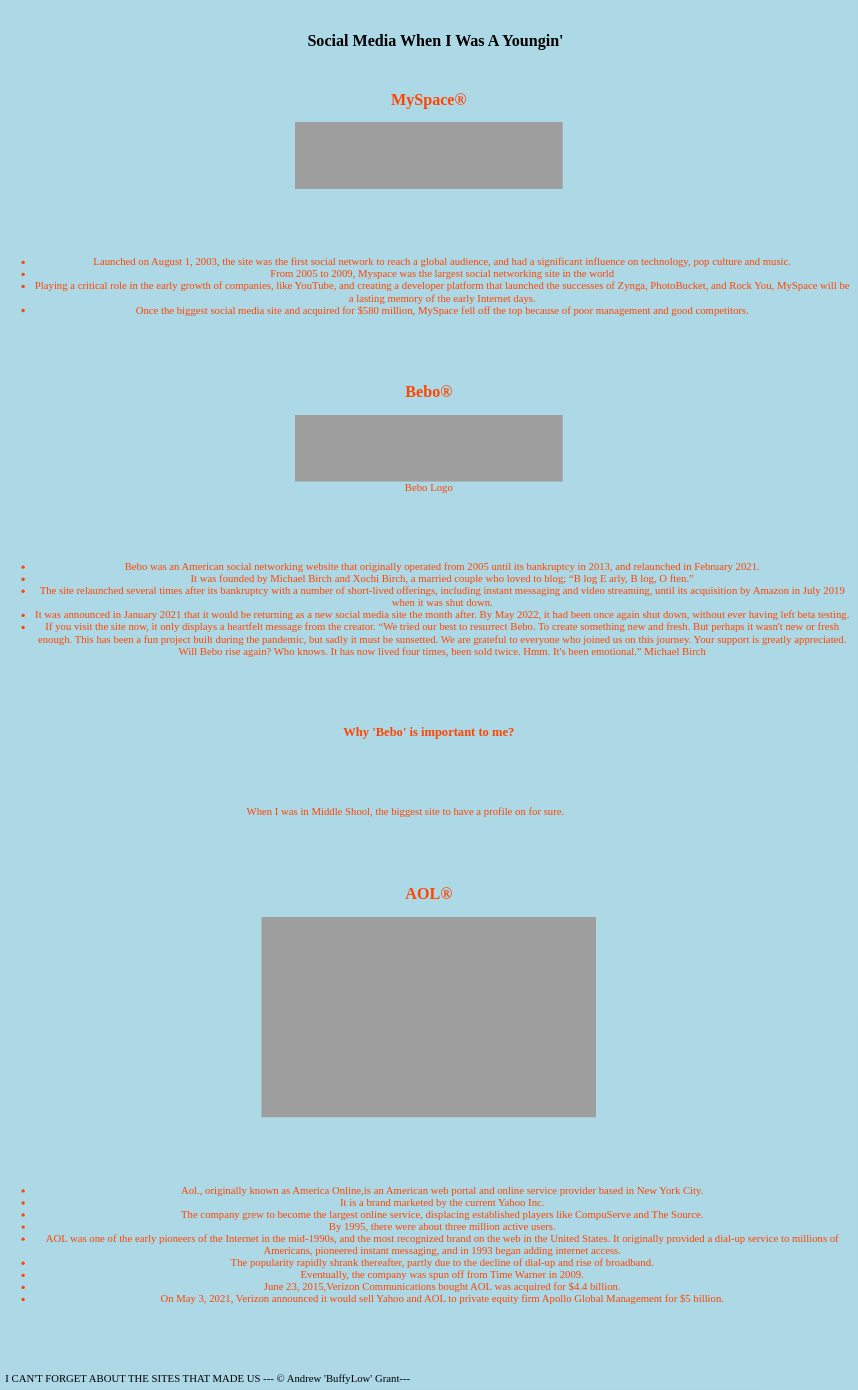
Repository: AndrewGrantt/LC101
Page: LC101/js-assignment-4-html-me-something-buffylow/index.html
An editor plug-in stored every save of this project. The page is shown before and after the next save, followed by the edit.
The browser window is 1280 px wide. The pictures show the whole page, at 67% of full size.
Pictures or frames that could not be fetched are drawn as grey boxes.

Above is the page before, as saved 2022-07-15 06:22:14.

### LC101/js-assignment-4-html-me-something-buffylow/index.html
<html>
<head>
<title>SOCIAL NETWORKS FOR THE AGES</title>
<link rel="stylesheet" href="styles.css">
</head>
<body>

<article class="all-sites">
   <h1 id="myHeader">Social Media When I Was A Youngin'</h1>
  <article class="sites">

    <h2>MySpace&reg;</h2>
    <img src="/images/MySpace_logo.jpg" alt="MySpace Logo 2004-2010" width="400" height="100">
    <p>
     <ul>
      <li>Launched on August 1, 2003, the site was the first social network to reach a global audience, and had a significant influence on technology, pop culture and music.</li>

      <li>From 2005 to 2009, Myspace was the largest social networking site in the world</li>

      <li>Playing a critical role in the early growth of companies, like YouTube, and creating a developer platform that launched the successes of Zynga, PhotoBucket, and Rock You, MySpace will be a lasting memory of the early Internet days. </li>

      <li> Once the biggest social media site and acquired for $580 million, MySpace fell off the top because of poor management and good competitors. </li>
     </ul>
   </p>

  </article>

  <article class="sites">
    <h2>Bebo&reg;</h2>
    <figure>
      <img src="/images/bebo.jpg" alt="Bebo Logo" width="400" height="100">
      <figcaption>Bebo Logo</a></figcaption>
   </figure>
    <p>
    <ul>
      <li>Bebo was an American social networking website that originally operated from 2005 until its bankruptcy in 2013, and relaunched in February 2021.</li>
          <li>It was founded by Michael Birch and Xochi Birch, a married couple who loved to blog;
          “B log E arly, B log, O ften.” </li>
      <li>The site relaunched several times after its bankruptcy with a number of short-lived offerings, including instant messaging and video streaming, until its acquisition by Amazon in July 2019 when it was shut down. </li>
      <li>It was announced in January 2021 that it would be returning as a new social media site the month after. By May 2022, it had been once again shut down, without ever having left beta testing. </li>
     <li> If you visit the site now, it only displays a heartfelt message from the creator.


      “We tried our best to resurrect Bebo.
      To create something new and fresh.
      But perhaps it wasn't new or fresh enough.
      This has been a fun project built during the pandemic, but sadly it must be sunsetted. We are grateful to everyone who joined us on this journey. Your support is greatly appreciated.
      Will Bebo rise again?
      Who knows. It has now lived four times, been sold twice. Hmm.
      It's been emotional.”

      Michael Birch</li>
   </ul>
   </p>
      <h3> Why 'Bebo' is important to me?</h3>
      <p>
         When I was in Middle Shool, the biggest site to have a profile on for sure.
      </p>
  </article>
  <article class="sites">
    <h2>AOL&reg;</h2>
    <img src="/images/AOL.jpg" alt="AOL Logo" width="500" height="300">
    <p>
      <ul>
      <li>Aol., originally known as America Online,is an American web portal and online service provider based in New York City.</li>
      <li>It is a brand marketed by the current Yahoo Inc.</li>
      <li>The company grew to become the largest online service, displacing established players like CompuServe and The Source. </li>
      <li>By 1995, there were about three million active users.</li>
      <li>AOL was one of the early pioneers of the Internet in the mid-1990s, and the most recognized brand on the web in the United States. It originally provided a dial-up service to millions of Americans, pioneered instant messaging, and in 1993 began adding internet access.</li>
       <li>The popularity rapidly shrank thereafter, partly due to the decline of dial-up and rise of broadband.</li>
      <li>Eventually, the company was spun off from Time Warner in 2009.</li>
      <li>June 23, 2015,Verizon Communications bought AOL was acquired for $4.4 billion.</li>
      <li>On May 3, 2021, Verizon announced it would sell Yahoo and AOL to private equity firm Apollo Global Management for $5 billion.</li>
      </ul>
      </p>
  </article>
</article>
<footer>
   I CAN'T FORGET ABOUT THE SITES THAT MADE US

  --- &copy; Andrew 'BuffyLow' Grant---
</footer>
</body>
</html>

### LC101/js-assignment-4-html-me-something-buffylow/styles.css

body {
    background-color: lightblue;
  }

  h1 {
    color: navy;
    margin-left: 20px;
  }

    .sites {
    color: orangered;
    text-align: center;
  }
  p {
    margin-top: 100px;
    margin-bottom: 100px;
    margin-right: 150px;
    margin-left: 80px;

  }
  #myHeader {
    background-color: lightblue;
    color: black;
    padding: 40px;
    text-align: center;}

After the next save:
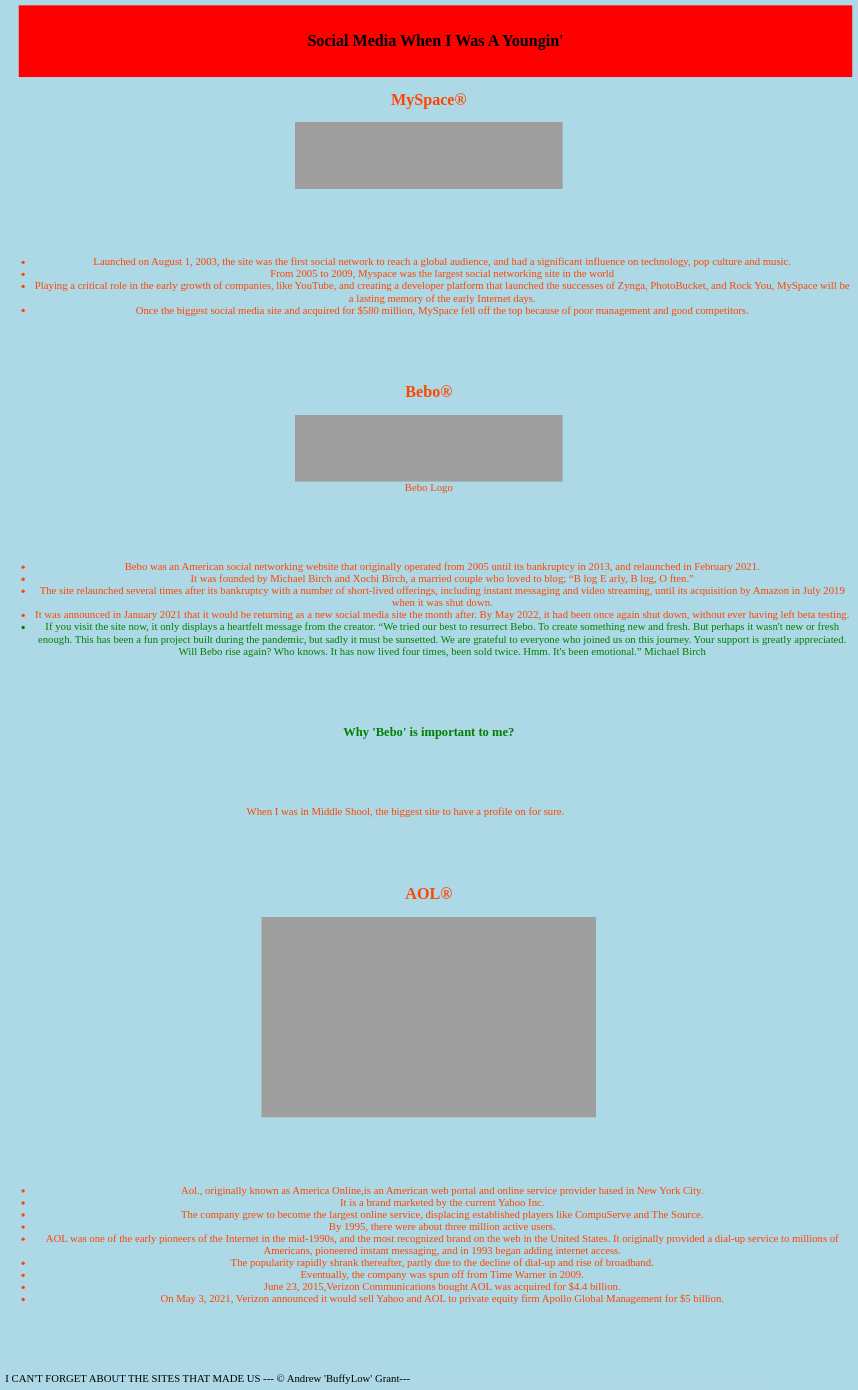
Saved 5 min 56 s later.
--- a/LC101/js-assignment-4-html-me-something-buffylow/index.html
+++ b/LC101/js-assignment-4-html-me-something-buffylow/index.html
@@ -38,7 +38,7 @@
           “B log E arly, B log, O ften.” </li>
       <li>The site relaunched several times after its bankruptcy with a number of short-lived offerings, including instant messaging and video streaming, until its acquisition by Amazon in July 2019 when it was shut down. </li>
       <li>It was announced in January 2021 that it would be returning as a new social media site the month after. By May 2022, it had been once again shut down, without ever having left beta testing. </li>
-     <li> If you visit the site now, it only displays a heartfelt message from the creator.
+     <li id="testP"> If you visit the site now, it only displays a heartfelt message from the creator.
 
 
       “We tried our best to resurrect Bebo.
@@ -52,7 +52,7 @@
       Michael Birch</li>
    </ul>
    </p>
-      <h3> Why 'Bebo' is important to me?</h3>
+      <h3 id="testP"> Why 'Bebo' is important to me?</h3>
       <p>
          When I was in Middle Shool, the biggest site to have a profile on for sure.
       </p>
--- a/LC101/js-assignment-4-html-me-something-buffylow/styles.css
+++ b/LC101/js-assignment-4-html-me-something-buffylow/styles.css
@@ -20,7 +20,12 @@
 
   }
   #myHeader {
-    background-color: lightblue;
+    background-color: red;
     color: black;
     padding: 40px;
     text-align: center;}
+
+    #testP{
+        color:green;
+        text-align:center;
+    }
